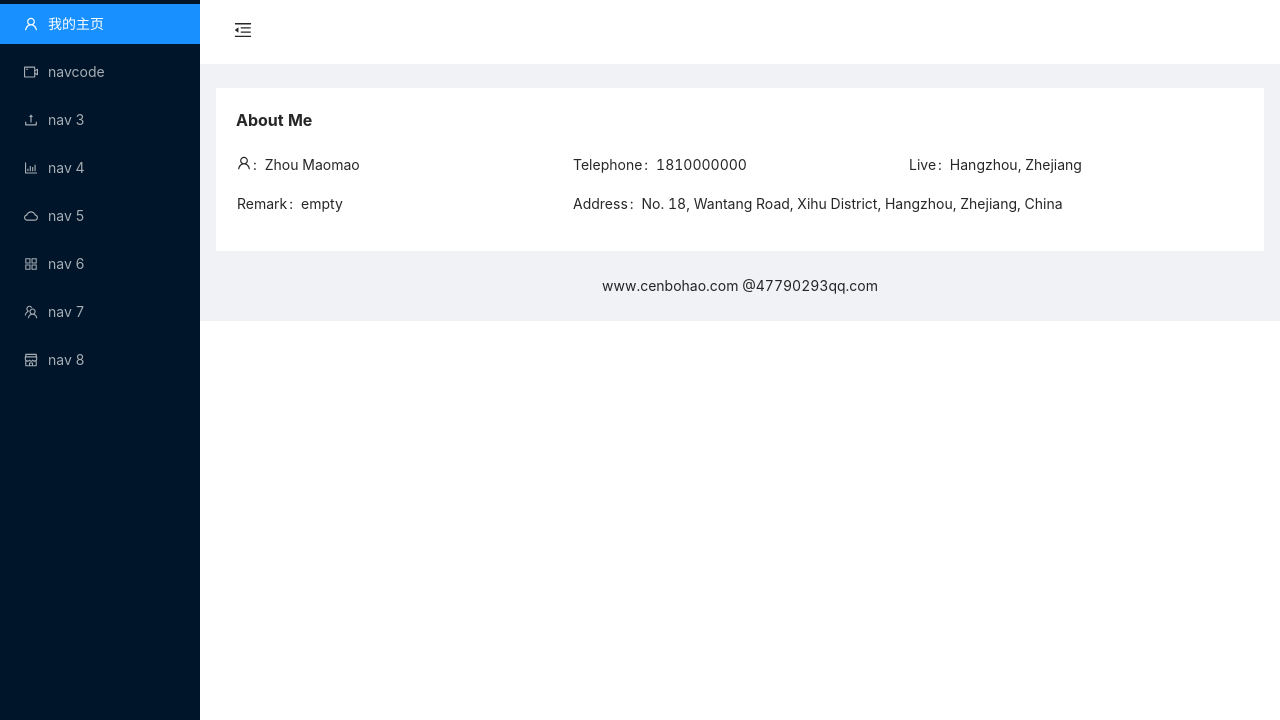
Repository: CBH20010703/bolgsweb
Page: /index (app in blogs/)
These files come from the project's save history. The page is drawn as it stood at one moment and after the next save; the edit follows.
The browser window is 1280 px wide. The pictures show the whole page.
The project was rebuilt for these pictures with package versions that can differ from the ones it lists, and the page was loaded fresh each time. Also part of the build but not shown: blogs/src/view/Login/Login.jsx, blogs/src/component/Menu/MenuList.css, blogs/src/view/Home/Home.css, blogs/src/view/NavCode/NavCode.css, blogs/src/view/NavCode/NavCode.jsx, blogs/src/view/404/Error.jsx.

Above is the page before, as saved 2021-06-27 22:09:23.

### blogs/src/index.js
import React from 'react';
import ReactDOM from 'react-dom';
import './index.css';
import App from './App';
import { BrowserRouter} from 'react-router-dom'


ReactDOM.render(<BrowserRouter><App /></BrowserRouter>,document.getElementById('root'));

### blogs/src/App.js
import './App.css';
import { React, Component } from "react";

import  RouterMap from "./router/RouterMap"
export default class  App extends Component {
  constructor(props) {
    super(props);
    this.state = {  collapsed: false, }
  }
  toggle = (data) => {
     console.log(data)
    this.setState({
      collapsed: data,
    });
  };
  render() {
    return (
      <RouterMap/>
    );
  }
}

### blogs/src/router/RouterMap.js
import React from 'react'
import {  Route, Switch} from 'react-router-dom'
import Login from "../view/Login/Login"
import Context from '../view/context/context'
import Error from '../view/404/Error'
export default class RouterMap  extends React.Component {
    render() {
        return (


            <Switch>
                 <Route  path="/"  component={Context}/>
                <Route path="/login" component={Login} />

                    <Route path="*" component={Error} />

               </Switch>


        )
    }
}

### blogs/src/view/context/context.jsx

import { React, Component } from "react";
import Headers from '../../component/Header/Headers';
import MenuList from '../../component/Menu/MenuList';
import Footers from '../../component/Footer/Footers';

import { Layout } from 'antd';
import { Redirect, Route, Switch } from 'react-router-dom'
import Home from "../Home/Home.jsx";
import Navcode from "../NavCode/NavCode.jsx"
import Error from "../404/Error";
const { Content, Sider } = Layout;
export default class Context extends Component {
  constructor(props) {
    super(props);
    this.state = { collapsed: false, }
  }
  toggle = (data) => {
    console.log(data)
    this.setState({
      collapsed: data,
    });
  };
  render() {
    return (

      <Layout>
        <Sider trigger={null} collapsible collapsed={this.state.collapsed}
          style={{
            overflow: 'auto',
            height: '100vh',
            position: 'fixed',
            left: 0,
          }}
        >
          <MenuList />
        </Sider>
        <Layout className="site-layout" style={{ paddingLeft: this.state.collapsed ? "60px" : "200px", transition: "0.1s ease" }}>
          <Headers toggle={this.toggle} parent={this.state.collapsed}></Headers>
          <Content style={{ margin: '24px 16px 0', height: "auto", background: "#fff" }}>
            <Switch>
              <Route path="/index" component={Home} />
              <Route path="/NavCode" component={Navcode} />
              <Route path="*" component={Error} />
              <Redirect to="/index"></Redirect>
            </Switch>
          </Content>
          <Footers />
        </Layout>
      </Layout>


    );
  }
}

### blogs/src/component/Header/Headers.jsx
import React, { Component } from 'react'
import { Layout } from 'antd';


import {
  MenuUnfoldOutlined,
  MenuFoldOutlined,
} from '@ant-design/icons';
import "./Headers.css"
const { Header } = Layout;
export default class Headers extends Component {
    constructor(props) {
        super(props)
        this.state = {
            isShow:false
        }
    }
    Tab = () => {
        let { isShow } = this.state;
        this.setState({
            isShow:!isShow
        })
        this.props.toggle(!isShow);

    }
    render() {

        return (

                <Header className="site-layout-background" style={{ paddingLeft:"10px" }} >
                     {React.createElement(this.state.isShow ? MenuUnfoldOutlined : MenuFoldOutlined, {
              className: 'trigger',
                         onClick: this.Tab,

            })}
                </Header>

        )
    }
}

### blogs/src/component/Menu/MenuList.jsx
import React, { Component } from 'react'
import { Menu } from 'antd';
import {Link} from 'react-router-dom'
import "./MenuList.css"
import {
  AppstoreOutlined,
  BarChartOutlined,
  CloudOutlined,
  ShopOutlined,
  TeamOutlined,
  UserOutlined,
  UploadOutlined,
  VideoCameraOutlined,
} from '@ant-design/icons';
export default class MenuList extends Component {
  render() {
    return (

         <Menu theme="dark" mode="inline" defaultSelectedKeys={['1']}>
          <Menu.Item key="1"  icon={<UserOutlined />}>
          <Link to="/index"> 我的主页
            </Link>

          </Menu.Item>
          <Menu.Item key="2" icon={<VideoCameraOutlined />}>
          <Link to="/NavCode"> navcode
            </Link>

          </Menu.Item>
          <Menu.Item key="3" icon={<UploadOutlined />}>
            nav 3
          </Menu.Item>
          <Menu.Item key="4" icon={<BarChartOutlined />}>
            nav 4
          </Menu.Item>
          <Menu.Item key="5" icon={<CloudOutlined />}>
            nav 5
          </Menu.Item>
          <Menu.Item key="6" icon={<AppstoreOutlined />}>
            nav 6
          </Menu.Item>
          <Menu.Item key="7" icon={<TeamOutlined />}>
            nav 7
          </Menu.Item>
          <Menu.Item key="8" icon={<ShopOutlined />}>
            nav 8
          </Menu.Item>
        </Menu>
    )
  }
}

### blogs/src/component/Footer/Footers.jsx
import React, { Component } from 'react'
import { Layout } from 'antd';
const {  Footer } = Layout;
export default class Footers extends Component {
    render() {
        return (
            <div>
               <Footer style={{ textAlign: 'center' }}>www.cenbohao.com @47790293qq.com</Footer>
            </div>
        )
    }
}

### blogs/src/view/Home/Home.jsx
import React, { Component } from 'react'
import "./Home.css"
import { Descriptions } from 'antd';
import { UserOutlined } from '@ant-design/icons';
export default class Home extends Component {

    handleClick = e => {
        console.log('click ', e);
    };
    render() {
        return (

            <div style={{ padding: "20px" }}>
                <Descriptions title="About Me">
                    <Descriptions.Item label={<UserOutlined />}>Zhou Maomao</Descriptions.Item>
                    <Descriptions.Item label="Telephone">1810000000</Descriptions.Item>
                    <Descriptions.Item label="Live">Hangzhou, Zhejiang</Descriptions.Item>
                    <Descriptions.Item label="Remark">empty</Descriptions.Item>
                    <Descriptions.Item label="Address">
                        No. 18, Wantang Road, Xihu District, Hangzhou, Zhejiang, China
                    </Descriptions.Item>
                </Descriptions>
            </div>

        )
    }
}

### blogs/src/component/Header/Headers.css
.site-layout .site-layout-background {
    background: #fff;
}

 .trigger {
    padding: 0 24px;
    font-size: 18px;
    line-height: 64px;
    cursor: pointer;
    transition: color 0.3s;
}

 .trigger:hover {
    color: #1890ff;
}

Loaded but not shown: blogs/public/index.html (common file); blogs/src/index.css (common file); blogs/src/App.css (common file)

After the next save:
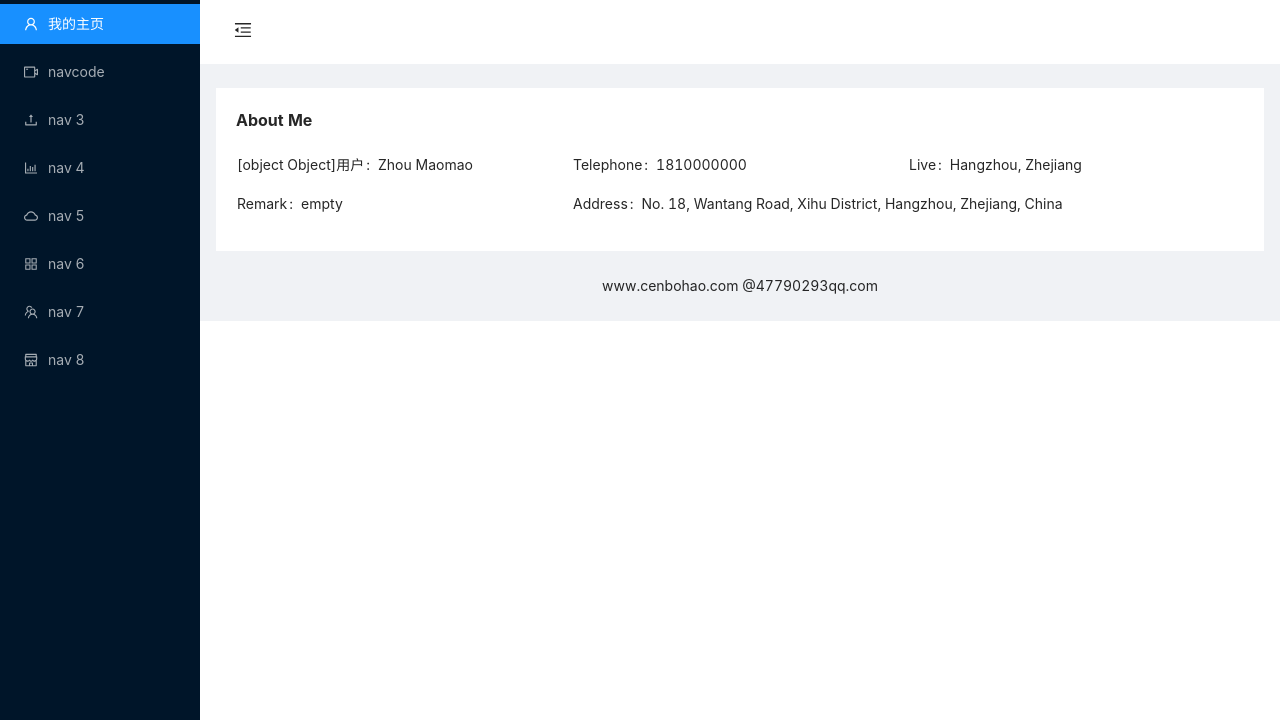
Saved 31 s later.
--- a/blogs/src/view/Home/Home.jsx
+++ b/blogs/src/view/Home/Home.jsx
@@ -12,7 +12,7 @@
 
             <div style={{ padding: "20px" }}>
                 <Descriptions title="About Me">
-                    <Descriptions.Item label={<UserOutlined />}>Zhou Maomao</Descriptions.Item>
+                    <Descriptions.Item label={<UserOutlined /> + "用户"}>Zhou Maomao</Descriptions.Item>
                     <Descriptions.Item label="Telephone">1810000000</Descriptions.Item>
                     <Descriptions.Item label="Live">Hangzhou, Zhejiang</Descriptions.Item>
                     <Descriptions.Item label="Remark">empty</Descriptions.Item>

After the save that followed:
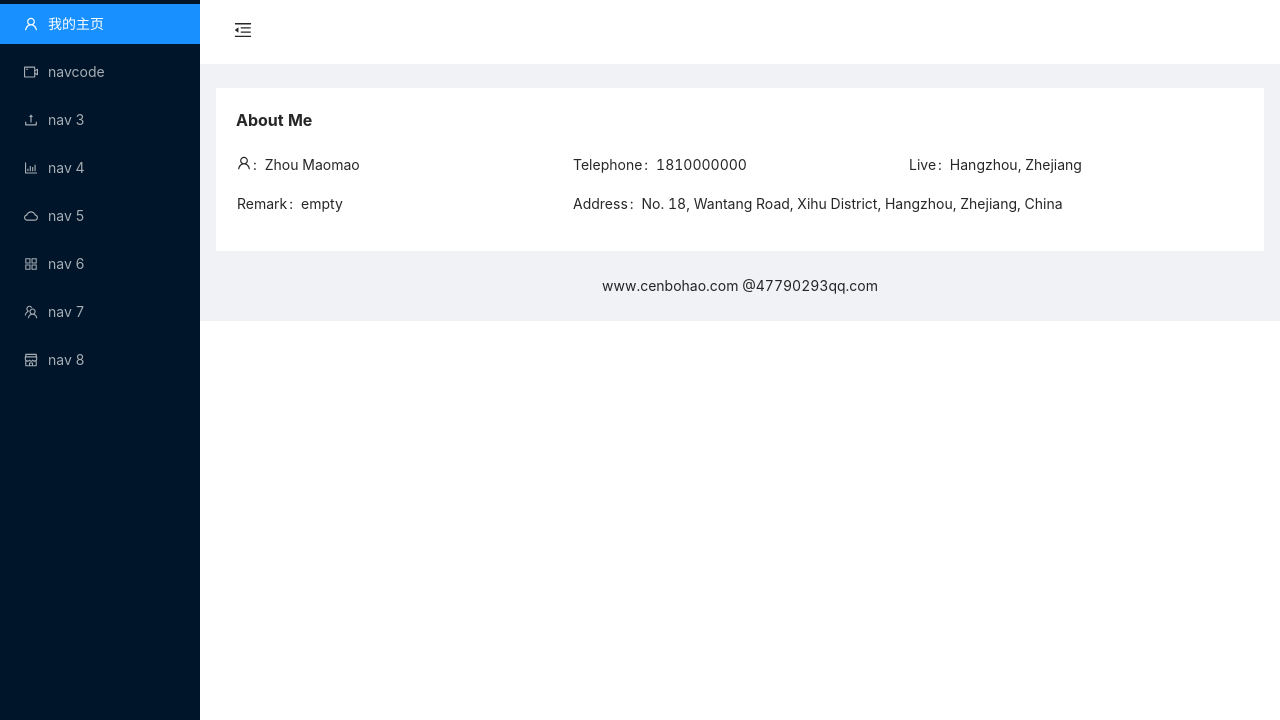
Saved 10 s later.
--- a/blogs/src/view/Home/Home.jsx
+++ b/blogs/src/view/Home/Home.jsx
@@ -12,7 +12,7 @@
 
             <div style={{ padding: "20px" }}>
                 <Descriptions title="About Me">
-                    <Descriptions.Item label={<UserOutlined /> + "用户"}>Zhou Maomao</Descriptions.Item>
+                    <Descriptions.Item label={<UserOutlined />}>Zhou Maomao</Descriptions.Item>
                     <Descriptions.Item label="Telephone">1810000000</Descriptions.Item>
                     <Descriptions.Item label="Live">Hangzhou, Zhejiang</Descriptions.Item>
                     <Descriptions.Item label="Remark">empty</Descriptions.Item>
